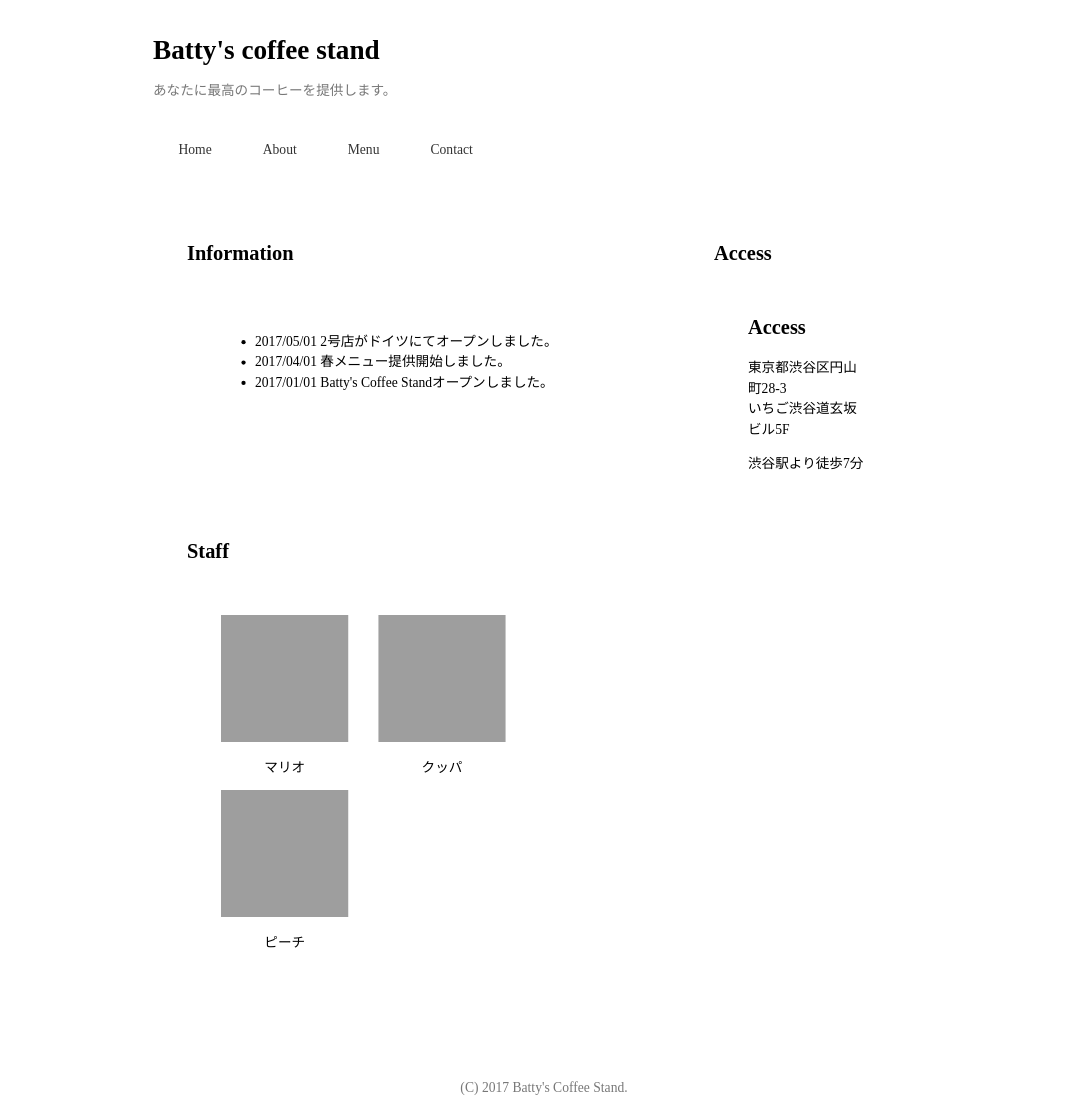
Repository: yuukisugi/sample2
Page: html/batty_coffee_stand/index.html
The author's editor kept a record of every edit. The page is drawn from the files as they stood at one moment, then again after the next edit.
The browser window is 1280 px wide. The pictures show the whole page, at 85% of full size.
Pictures or frames that could not be fetched are drawn as grey boxes.

Above is the page before.
Not found: html/batty_coffee_stand/css/normalize.css

After the next edit:
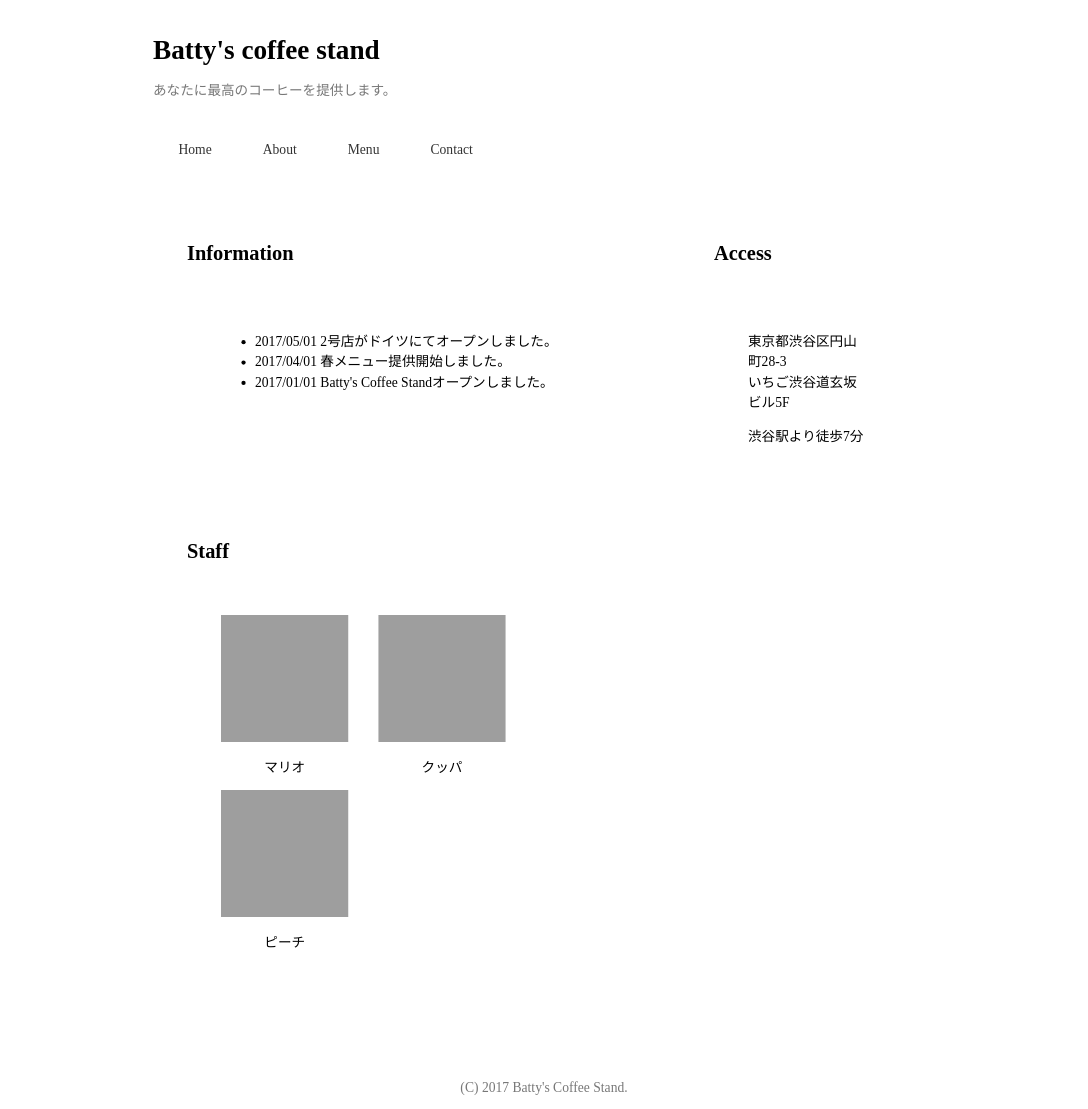
The edit:
--- a/html/batty_coffee_stand/index.html
+++ b/html/batty_coffee_stand/index.html
@@ -59,7 +59,6 @@
       <div class="card-contents">
         <h2 class="text-title">Access</h2>
         <div class="card-contents">
-  <h2 class="text-title">Access</h2>
   <p>東京都渋谷区円山町28-3<br>いちご渋谷道玄坂ビル5F</p>
   <p>渋谷駅より徒歩7分</p>
 </div>
